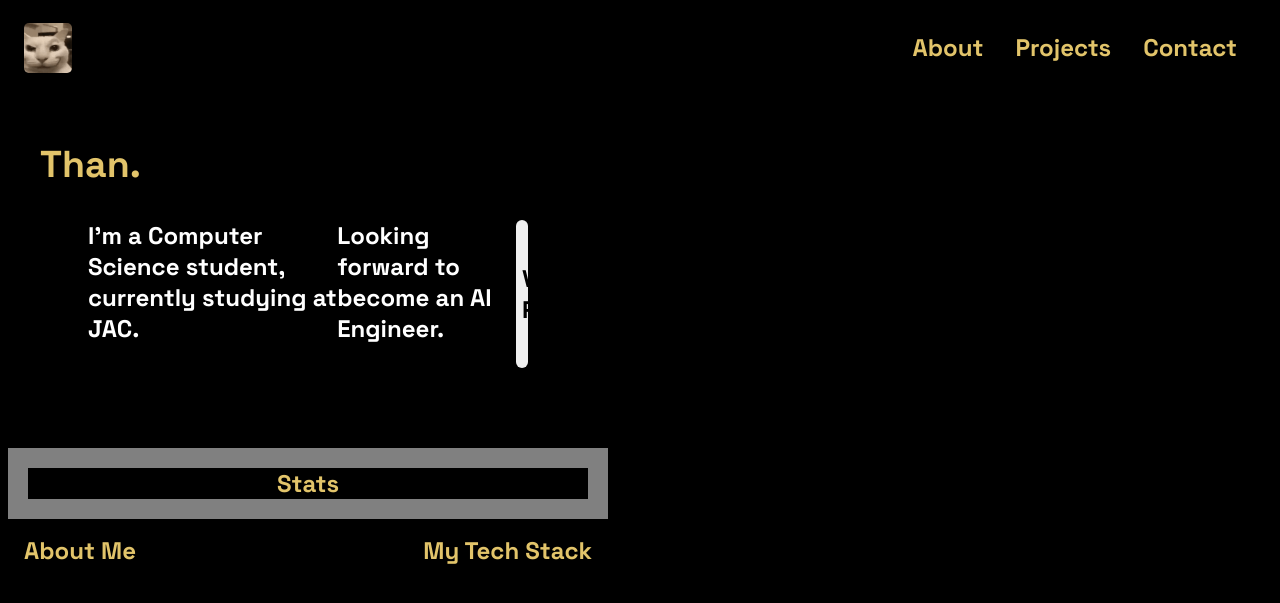
Repository: Than-dot/Than-dot
Page: index.html
An editor plug-in stored every save of this project. The page is shown before and after a run of saves, followed by the edit.
The browser window is 1280 px wide. The pictures show the whole page.

Above is the page before, as saved 2026-05-06 12:31:48.

After the next 2 saves:
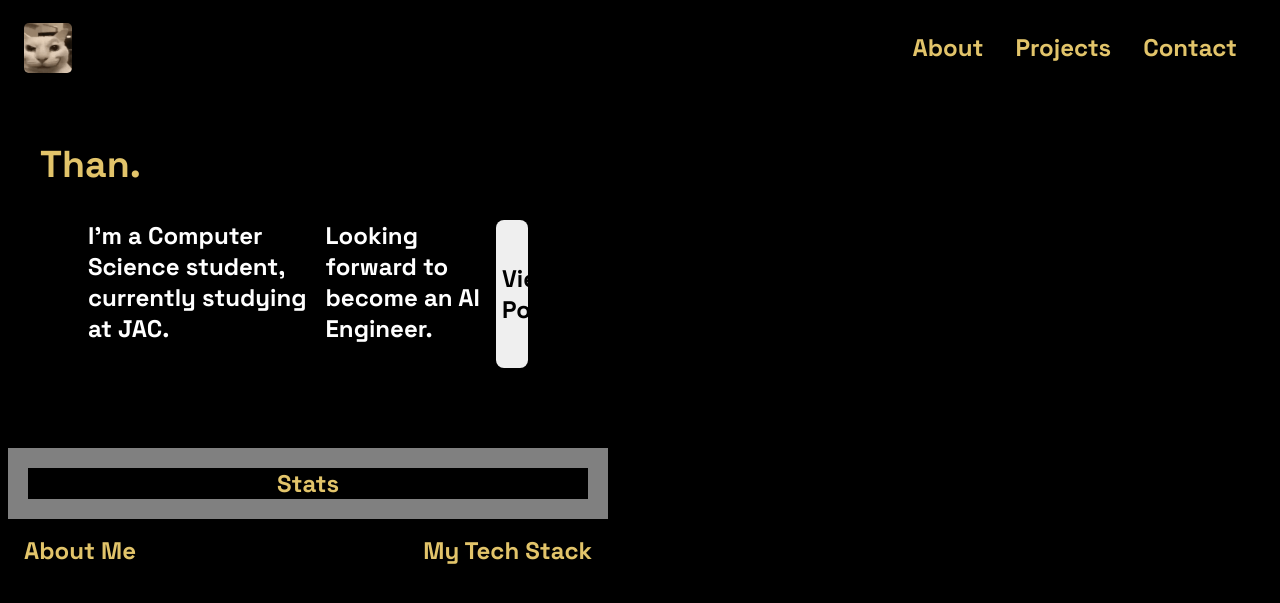
The 2 saves are shown as one change because they came seconds apart.
The last was saved 7 s later.
--- a/styles/index.css
+++ b/styles/index.css
@@ -47,7 +47,7 @@ p {
 button {
   border-radius: 8px;
   border: none;
-  max-width: 5px;
+  max-width: 2rem;
 }
 
 button:hover {
